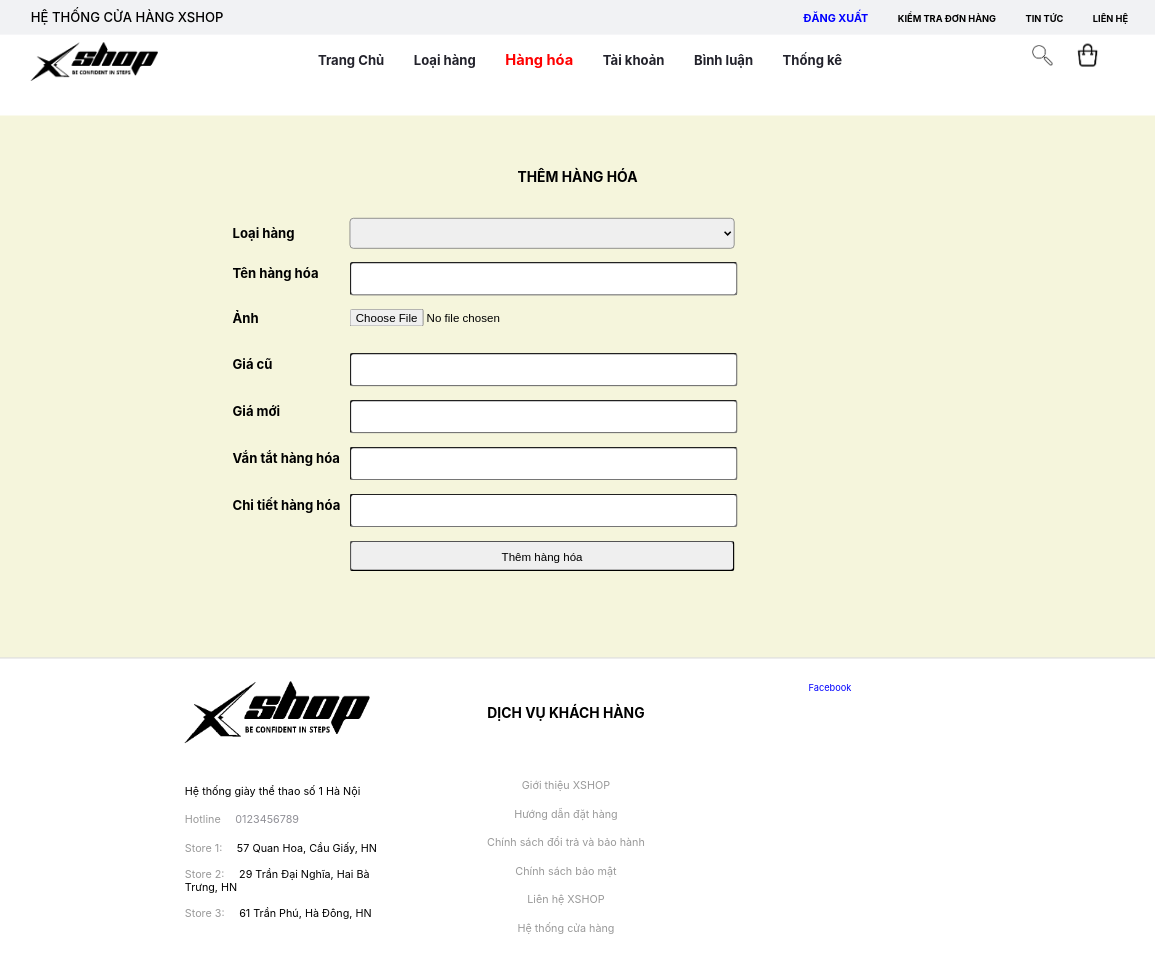
Repository: tienaq123/dam
Page: http://localhost/ass/ad/themsanpham.php
The author's editor kept a copy of each file at every save. The page is drawn from the files as they stood at one save, then again after the next save.
The browser window is 1280 px wide. The page is 1500 px wide, so the pictures cover 1500 px, including what lies to the right of the window. The pictures show the whole page, at 77% of full size.
The page is run by PHP 8.4 with error messages shown; the project is at /var/www/html/. Queries for data that is not in the repository find no rows.

Above is the page before, as saved 2021-10-22 02:11:31.

After the next save:
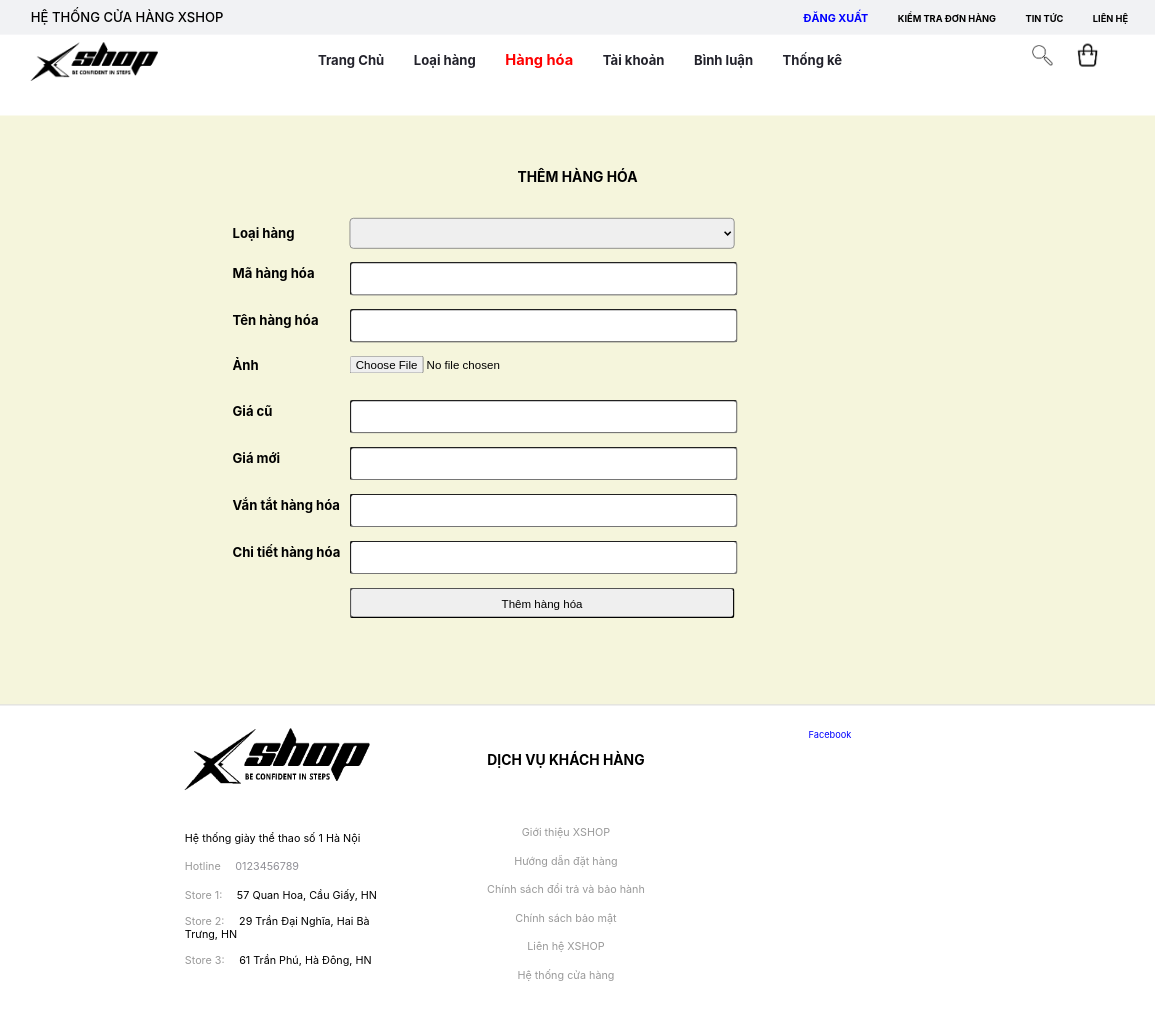
Saved 85 s later.
--- a/ad/themsanpham.php
+++ b/ad/themsanpham.php
@@ -68,6 +68,11 @@
                                 }
                                 ?>
                             </select> <br></td>
+                    </tr>
+
+                    <tr>
+                        <td class="left">Mã hàng hóa</td>
+                        <td class="right"><input type="text" name="tensp"> <br></td>
                     </tr>
 
                     <tr>
